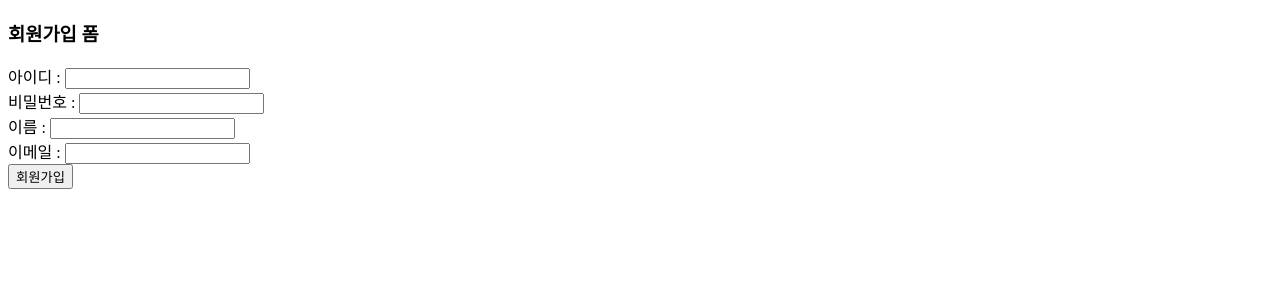
Repository: leehojun95/HJ-Developer
Page: dbTest/src/main/webapp/member/memberForm.html
The author's editor kept a copy of each file at every save. The page is drawn from the files as they stood at one save, then again after the next save.
The browser window is 1280 px wide. The pictures show the whole page.

Above is the page before, as saved 2024-04-19 05:24:50.

After the next save:
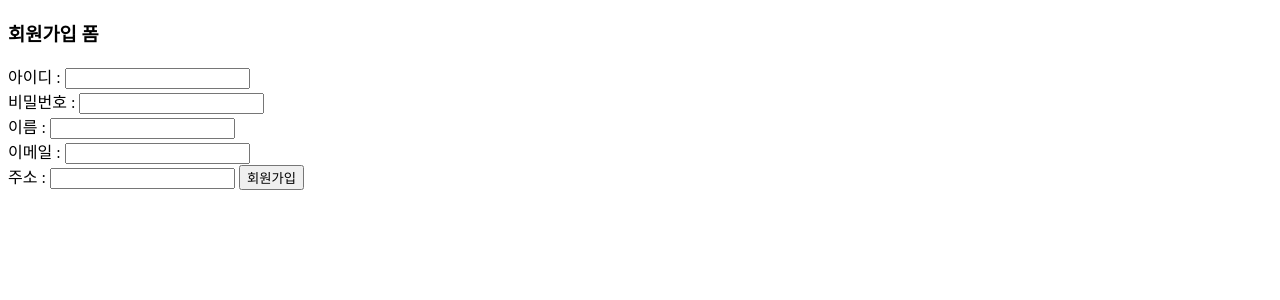
Saved 11 min 39 s later.
--- a/dbTest/src/main/webapp/member/memberForm.html
+++ b/dbTest/src/main/webapp/member/memberForm.html
@@ -8,10 +8,10 @@
 <h3>회원가입 폼</h3>
 <form action="/memberOk" method="post">
 	아이디 : <input type="text" name="id"><br>
-	비밀번호 : <input type="password" name="pwd"><br>
+	비밀번호 : <input type="password" name="pw"><br>
 	이름 : <input type="text" name="name"><br>
 	이메일 : <input type="text" name="email"><br>
-	<input type="hidden" name = "command" value ="addMember">
+	주소 : <input type="text" name="addr">
 	<input type="submit" value="회원가입">
 	</form>
 </body>
